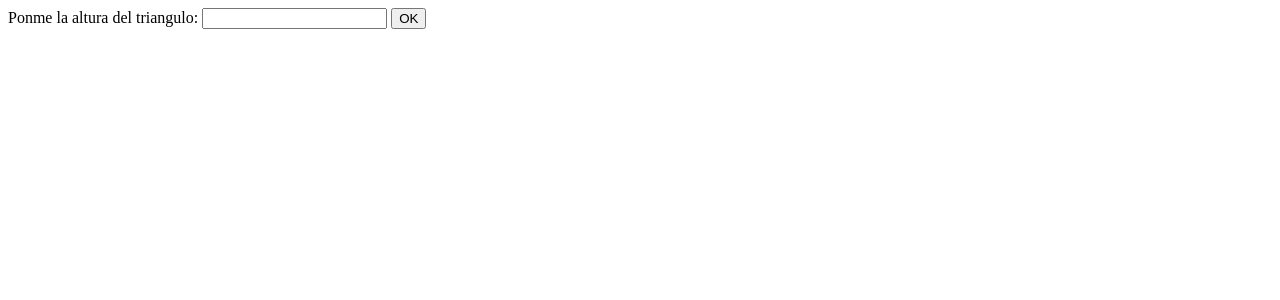
Repository: Matmart13/Acceso-a-Datos-2
Page: http://localhost/JSP1/Ejercicio3.jsp
The author's editor kept a copy of each file at every save. The page is drawn from the files as they stood at one save, then again after the next save.
The browser window is 1280 px wide. The pictures show the whole page.
The page is served by Tomcat 9.

Above is the page before, as saved 2023-01-30 15:06:04.

### JSP1/src/main/webapp/Ejercicio3.jsp
<%-- Ejercicio 3.jsp --%>
<%@page contentType="text/html" pageEncoding="UTF-8"%>
<!DOCTYPE html>
<html>
<head>
<meta http-equiv="Content-Type" content="text/html; charset=UTF-8">
</head>
<body>
<form method="get" action="resultadoEj1.jsp">
Ponme la altura del triangulo:
<input type="text" name="altura">
<input type="submit" value="OK">
</form>
</body>
</html>

After the next save:
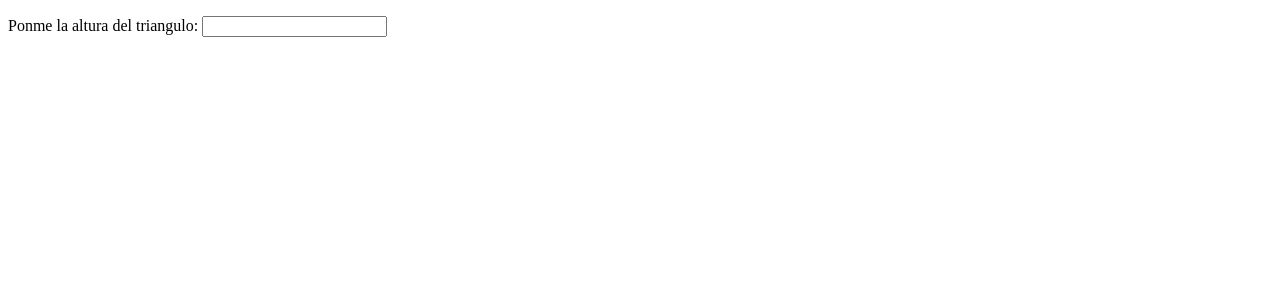
Saved 64 s later.
--- a/JSP1/src/main/webapp/Ejercicio3.jsp
+++ b/JSP1/src/main/webapp/Ejercicio3.jsp
@@ -7,8 +7,8 @@
 </head>
 <body>
 <form method="get" action="resultadoEj1.jsp">
-Ponme la altura del triangulo:
-<input type="text" name="altura">
+<p>Ponme la altura del triangulo:
+<input type="text" name="altura"><P
 <input type="submit" value="OK">
 </form>
 </body>
